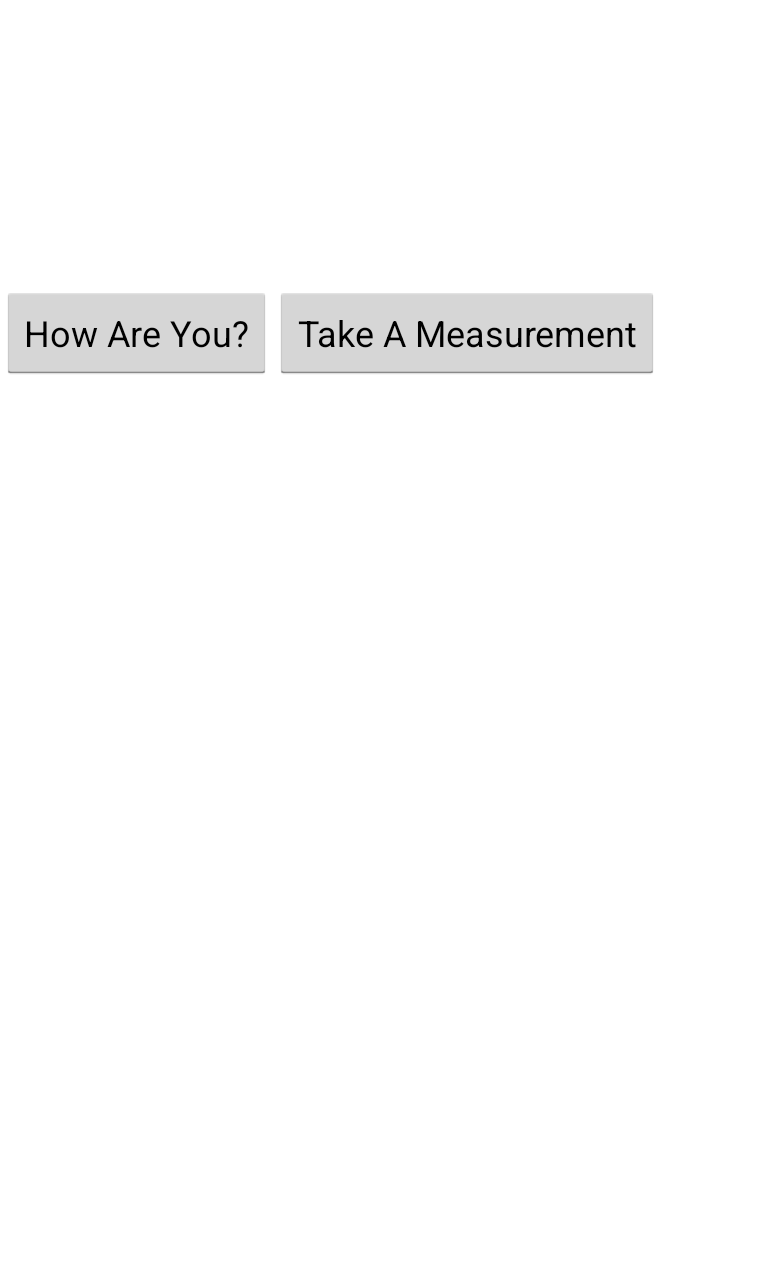
Repository: NewDay320/Lumos
Layout: src/Lumos/trunk/res/layout/activity_main.xml
These files come from the project's save history. The layout is drawn as it stood at one moment and after a run of saves; the edit follows.
It is drawn on a 768 x 1280 px phone screen (xhdpi) without system bars, with theme AppTheme; the app's code is not run.

Above is the layout before, as saved 2014-03-17 22:23:23.

### src/Lumos/trunk/res/layout/activity_main.xml
<LinearLayout xmlns:android="http://schemas.android.com/apk/res/android"
    xmlns:tools="http://schemas.android.com/tools"
    android:layout_width="match_parent"
    android:layout_height="match_parent"
    android:orientation="horizontal" >

    <EditText
        android:id="@+id/edit_message"
        android:layout_width="0dp"
        android:layout_height="wrap_content"
        android:layout_weight="1"
        android:hint="@string/edit_message" />

<!--     <Button
        android:layout_width="wrap_content"
        android:layout_height="wrap_content"
        android:onClick="sendMessage"
        android:text="@string/button_send" /> -->

    <!-- how are you button -->
    <Button
        android:layout_width="wrap_content"
        android:layout_height="wrap_content"
        android:onClick="onHowAreYouClick"
        android:text="@string/button_howareyou" />

    <!--  take measurement button -->
    <Button
        android:layout_width="wrap_content"
        android:layout_height="wrap_content"
        android:onClick="onTakeMeasurementClick"
        android:text="@string/button_takemeasurement" />

    <!--  view medications button -->

    <!-- schedule -->
    <FrameLayout
        android:id="@+id/schedule_fragment_container"
        android:layout_width="match_parent"
        android:layout_height="match_parent" >
    </FrameLayout>





<!--      ping
    <TextView
        android:id="@+id/seconds_view"
        android:layout_width="wrap_content"
        android:layout_height="wrap_content"
        android:layout_alignParentTop="true"
        android:layout_centerHorizontal="true"
        android:layout_marginTop="32dp"
        android:textAppearance="?android:attr/textAppearanceMedium"
        android:text="@string/ping_text" />

    <EditText
        android:id="@+id/edit_seconds"
        android:layout_width="wrap_content"
        android:layout_height="wrap_content"
        android:layout_below="@+id/seconds_view"
        android:layout_centerHorizontal="true"
        android:layout_marginTop="15dp"
        android:ems="10"
        android:text="@string/seconds_default"
        android:inputType="numberSigned">

        <requestFocus />
    </EditText>

    <TextView
        android:id="@+id/reminder_view"
        android:layout_width="wrap_content"
        android:layout_height="wrap_content"
        android:layout_below="@+id/edit_seconds"
        android:layout_centerHorizontal="true"
        android:layout_marginTop="40dp"
        android:textAppearance="?android:attr/textAppearanceMedium"
        android:text="@string/reminder_label" />

    <EditText
        android:id="@+id/edit_reminder"
        android:layout_width="wrap_content"
        android:layout_height="wrap_content"
        android:layout_alignLeft="@+id/edit_seconds"
        android:layout_below="@+id/reminder_view"
        android:layout_marginTop="15dp"
        android:ems="10"
        android:text="@string/reminder_text"
        android:inputType="textMultiLine" />

    <Button
        android:id="@+id/ping_button"
        style="?android:attr/buttonStyleSmall"
        android:layout_width="wrap_content"
        android:layout_height="wrap_content"
        android:layout_below="@+id/edit_reminder"
        android:layout_centerHorizontal="true"
        android:layout_marginTop="25dp"
        android:textAppearance="?android:attr/textAppearanceMedium"
        android:onClick="onPingClick"
        android:text="@string/ping" /> -->

</LinearLayout>

### src/Lumos/trunk/res/values/strings.xml
<?xml version="1.0" encoding="utf-8"?>
<resources>

    <string name="app_name">Lumos</string>
    <string name="action_settings">Settings</string>
    <string name="hello_world">hello world ks</string>
    <string name="title_activity_mztest">MZTestActivity</string>
    <string name="mz_menu_text">Nipples The Cat</string>
    <string name="edit_message">Enter a message</string>
    <string name="title_activity_display_message">My Message</string>
    <string name="notification">Ping Notification</string>
    <string name="label">Ping Me</string>

    <!-- buttons -->
    <string name="button_send">Send</string>
    <string name="button_howareyou">How Are You?</string>
    <string name="button_takemeasurement">Take A Measurement</string>
    <string name="ping">Ping</string>
    <string name="snooze">Snooze</string>
    <string name="dismiss">Dismiss</string>

    <!-- alert stuff -->
    <string name="ping_text">Set Seconds Until Ping</string>
    <string name="done_snoozing">Done Snoozing</string>
    <string name="seconds_default">10</string>
    <string name="reminder_label">Reminder text</string>
    <string name="reminder_text">Take Rx now</string>

    <!-- logging -->
    <string name="snoozing">Snoozing!</string>
    <string name="timer_start">Setting the timer</string>
    <string name="sleep_error">Sleep failure</string>
    <string name="timer_finished">Timer finished</string>
    <string name="title_activity_display_medications">DisplayMedicationsActivity</string>
    <string name="title_activity_survey_chooser">SurveyChooserActivity</string>
    <string name="title_activity_take_measurement">TakeMeasurementActivity</string>

</resources>

Loaded but not shown: src/Lumos/trunk/res/values/styles.xml (common file); src/Lumos/trunk/res/values-v11/styles.xml (common file); src/Lumos/trunk/res/values-v14/styles.xml (common file)

After the next 2 saves:
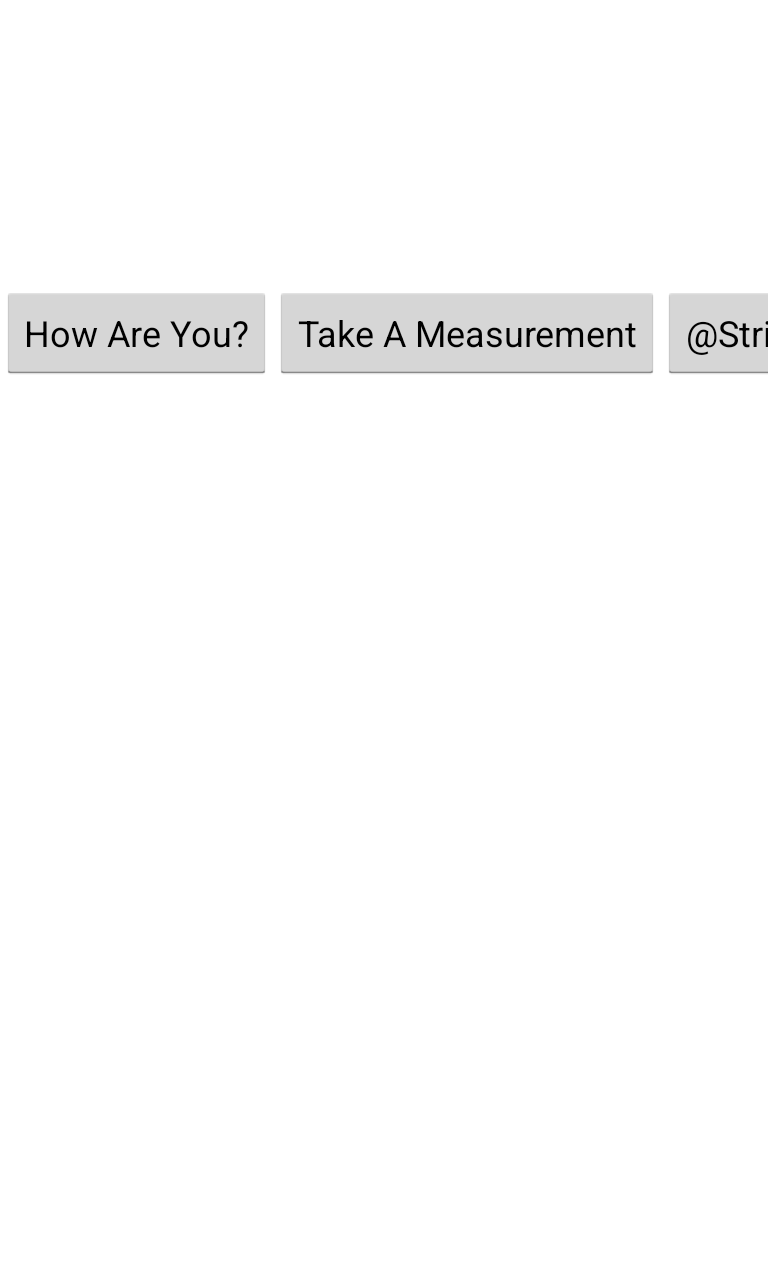
The 2 saves are shown as one change because 1 did not build or start.
The last was saved 96 s later.
--- a/src/Lumos/trunk/res/layout/activity_main.xml
+++ b/src/Lumos/trunk/res/layout/activity_main.xml
@@ -32,6 +32,11 @@
         android:text="@string/button_takemeasurement" />
 
     <!--  view medications button -->
+    <Button
+        android:layout_width="wrap_content"
+        android:layout_height="wrap_content"
+        android:onClick="onViewMedicationsClick"
+        android:text="@String/button_viewmedications" />
 
     <!-- schedule -->
     <FrameLayout
